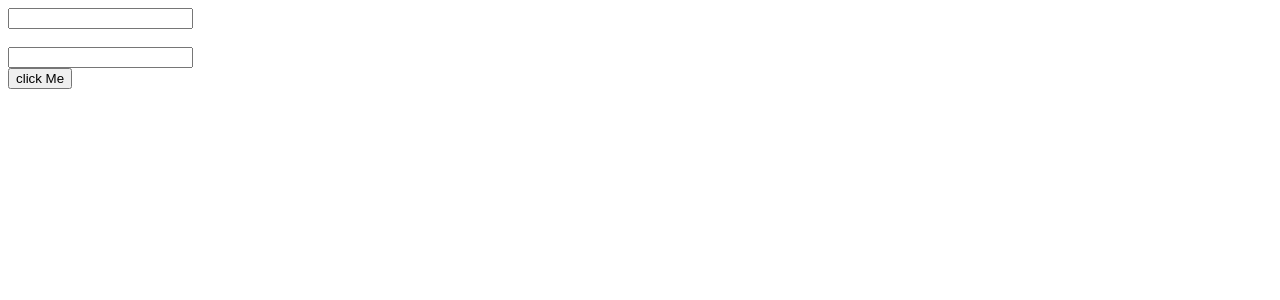
Repository: anik3395/JavaServletProjects
Page: eclipse-workspace/HttpServletRequestResponse/src/main/webapp/index.html
These files come from the project's save history. The page is drawn as it stood at one moment and after the next save; the edit follows.
The browser window is 1280 px wide. The pictures show the whole page.

Above is the page before, as saved 2024-10-20 17:31:40.

### eclipse-workspace/HttpServletRequestResponse/src/main/webapp/index.html
<!DOCTYPE html>
<html>
<head>
<meta charset="UTF-8">
<title>Insert title here</title>
</head>
<body>
<form action="aaa" method="post" >
      <input type = "text" name = "name1"><br/><br/>
      <input type = "text" name = "email1"><br/>
     <input type="submit" value="click Me">

</form>
</body>
</html>

After the next save:
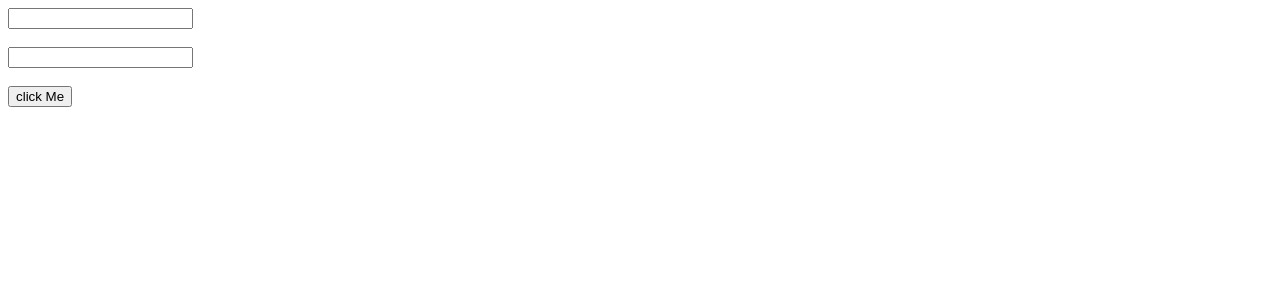
Saved 10 s later.
--- a/eclipse-workspace/HttpServletRequestResponse/src/main/webapp/index.html
+++ b/eclipse-workspace/HttpServletRequestResponse/src/main/webapp/index.html
@@ -7,7 +7,7 @@
 <body>
 <form action="aaa" method="post" >
       <input type = "text" name = "name1"><br/><br/>
-      <input type = "text" name = "email1"><br/>
+      <input type = "text" name = "email1"><br/><br/>
      <input type="submit" value="click Me">
 
 </form>
